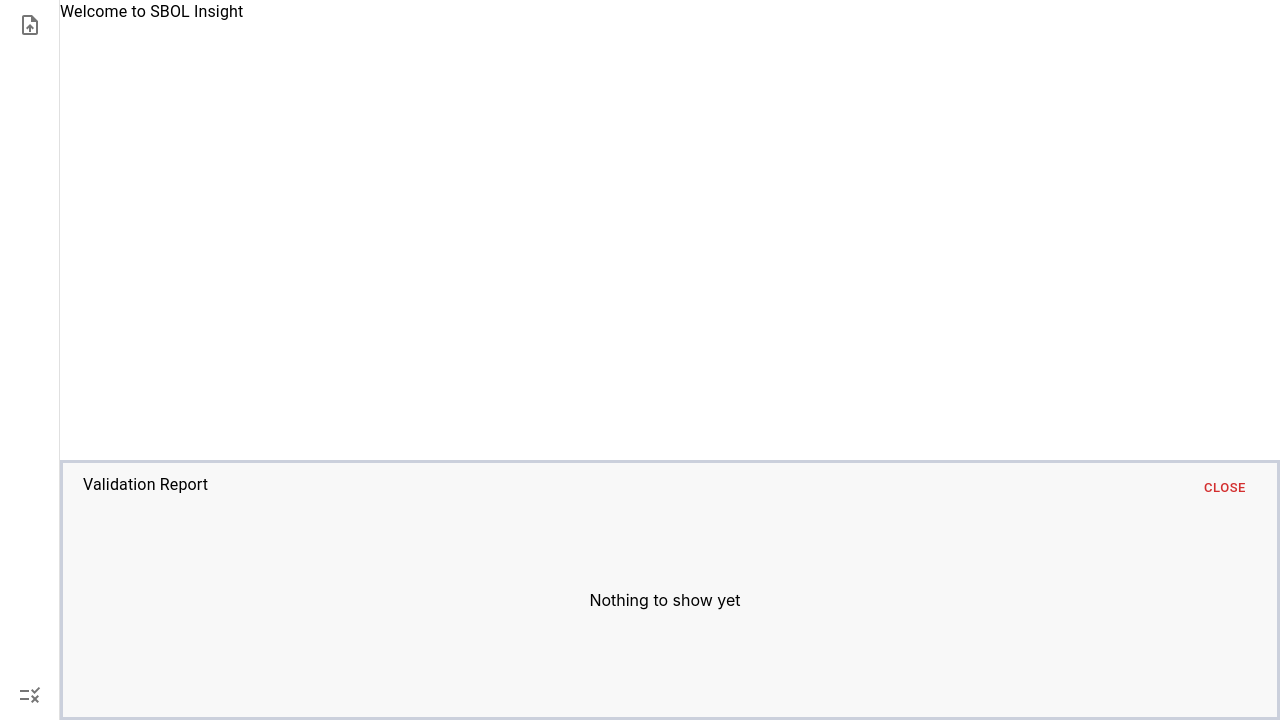
Repository: imark00/sbolInsight_frontend
Page: /, after clicking the first element matching `div.MuiPaper-root > :nth-child(2)`
The author's editor kept a copy of each file at every save. The page is drawn from the files as they stood at one save, then again after the next save.
The browser window is 1280 px wide. The pictures show the whole page.
The project was rebuilt for these pictures with package versions that can differ from the ones it lists, and the page was loaded fresh each time.

Above is the page before, as saved 2024-08-19 23:58:27.

After the next save:
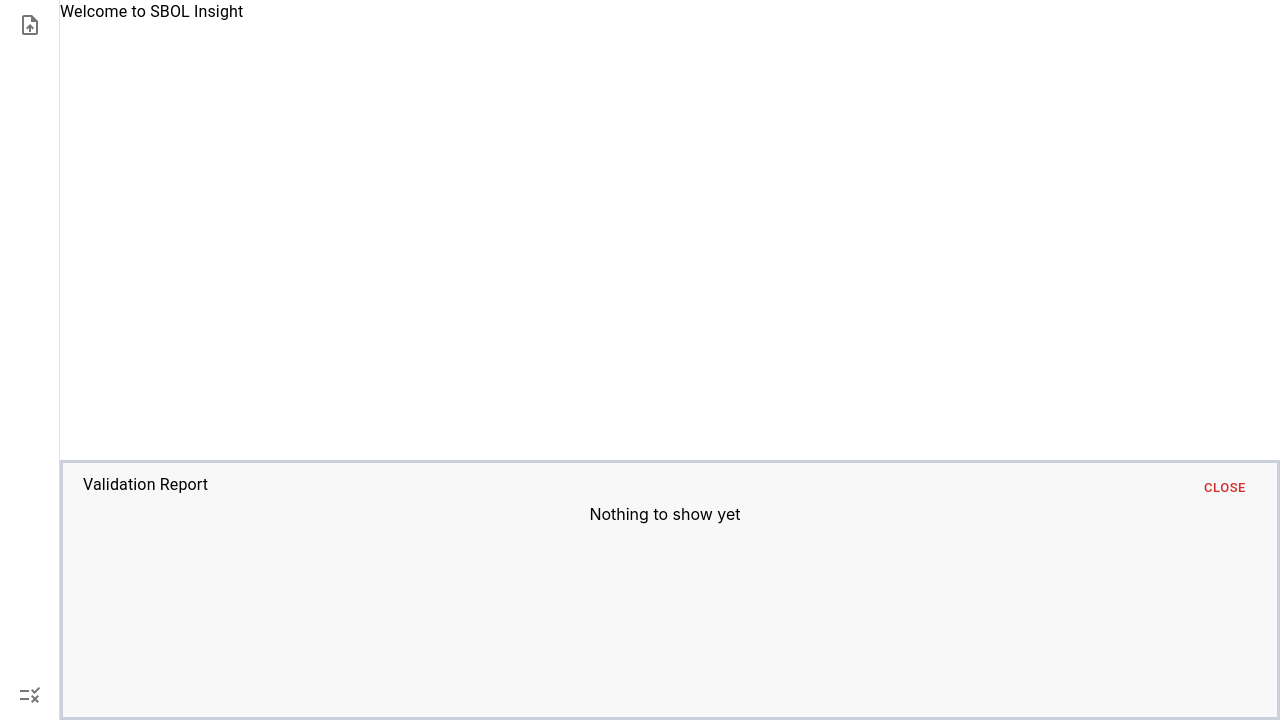
Saved 23 s later.
--- a/src/sbolInsight.js
+++ b/src/sbolInsight.js
@@ -595,8 +595,7 @@ const SBOLInsightPage = () => {
                                 </Box>
                                 : <Box
                                     sx={{
-                                        flex: 1,
-                                        overflowY: 'auto',
+
                                         flexDirection: 'column',
                                         justifyContent: 'center',
                                         display: 'flex',
